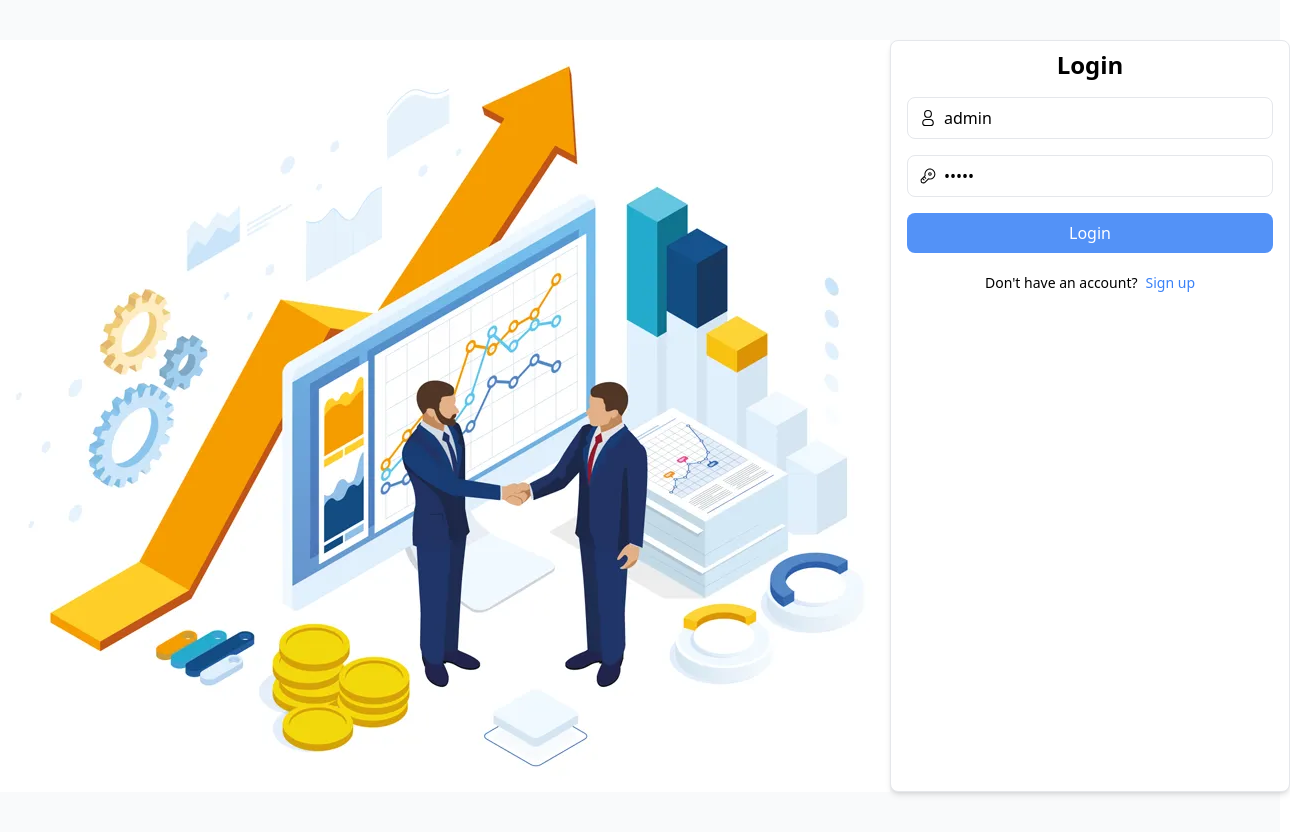
Repository: Fortivera/yourestate
Page: /
The author's editor kept a copy of each file at every save. The page is drawn from the files as they stood at one save, then again after a run of saves.
The browser window is 1280 px wide. The page is 1290 px wide, then 1280 px, so the pictures cover 1290 px, including what lies to the right of the window. The pictures show the whole page.
The project was rebuilt for these pictures with package versions that can differ from the ones it lists, and the page was loaded fresh each time. The framework's server and built-in components were replaced by stand-ins that run in the browser. Also part of the build but not shown: next.config.js.

Above is the page before, as saved 2023-11-02 14:36:25.

### src/app/layout.tsx
import './globals.css'



export const metadata = {
  title: 'Home',
  description: "great explanation of something",
}

export default function RootLayout({ children }: { children: React.ReactNode }) {
  return (
    <html lang="en">
      <body>
        {children}
      </body>
    </html>
  );
}

### src/app/page.tsx
import Link from "next/link"
import Image from "next/image"
import SvgNewUser from "public/static/SvgNewUser"
import SvgPassword from "public/static/SvgPassword"

export default function Login() {
  return (
    <div className="min-h-screen bg-gray-50 flex items-center justify-center">
      <div className="flex justify-center items-center w-full px-4 py-10 tablet:w-[540px] ">
        <div className="flex laptop:flex-row tablet:flex-col mobile:flex-col">
          <figure className="w-[900px]  ">
            <Image src="/static/growth.jpg" alt="login page picture" layout="responsive" width={500} height={700} className={""} />
          </figure>
          <div className="w-[400px] px-4 pb-8 pt-2 bg-white border rounded-lg shadow-md">
            <h1 className="text-2xl font-semibold text-center mb-4">Login</h1>

            <div className="mb-4 relative">
              <label className="text-sm" htmlFor="Name">
                <SvgNewUser width={18} height={18} className={"absolute left-3 top-3"} />
              </label>
              <input defaultValue="admin" id="Name" type="text" name="Name" placeholder="Username" autoComplete="given-name" required className="block w-full border rounded-lg py-2 pl-9 mt-1 focus:ring focus:ring-blue-300" />
            </div>

            <div className="mb-4 relative">
              <label className="text-sm" htmlFor="Password">
                <SvgPassword width={18} height={18} className={"absolute left-3 top-3"} />
              </label>
              <input defaultValue="admin" id="Password" type="password" name="Password" placeholder="Password" required className="block w-full border rounded-lg py-2 pl-9 mt-1 focus:ring focus:ring-blue-300" />
            </div>

            <button type="button" aria-label="Sign-in button" className="bg-[#5392f7] text-white rounded-lg w-full py-2 mb-4 hover:bg-[#3b83f6]">
              <Link href="/dashboard">Login</Link>
            </button>
            <div className="flex text-sm justify-center">
              <div className="p-1">Don't have an account?</div>
              <Link href="/user" className="text-blue-500 hover:underline p-1">
                Sign up
              </Link>
            </div>
          </div>
        </div>
      </div>
    </div>
  )
}

### src/app/globals.css

@import url('https://fonts.googleapis.com/css2?family=Lora:ital,wght@0,400;0,500;0,600;1,400;1,500;1,600&family=Montserrat:ital,wght@0,300;0,400;0,500;0,600;1,300;1,400;1,500;1,600&family=Poppins:ital,wght@0,300;0,400;0,500;0,600;0,700;0,800;0,900;1,300;1,400;1,500;1,600;1,700;1,800;1,900&family=Noto+Sans:ital,wght@0,300;0,400;0,500;0,600;0,700;0,800;0,900;1,300;1,400;1,500;1,600;1,700;1,800;1,900&display=swap');

@tailwind base;
@tailwind components;
@tailwind utilities;

.navbarDark{
  background-color:rgb(45 48 56 );
  color: #ddd;
}
.navbarLight {
  background-color: rgb(59 130 246 / 0.5);
  color: black;
}
.propertyListLight {
  background-color: rgb(249 250 251);
  color: black;
  border-color: rgb(229 231 235);
  }
.propertyListDark {
  background-color:rgb(45 48 56 / 0.95);
  color: #ddd;

}
.searchbarLight {
  background-color: rgb(248 250 252);
  color: black;

}
.searchbarDark {
  background-color:rgb(100 116 139 / 0.6);
  color: #ddd;
}
.propertyLight {
  background-color: rgb(249 250 251);
  color: black;

}
.propertyDark {
  background-color:rgb(45 48 56 / 0.95);
  color: #ddd;
}

### public/static/SvgNewUser.tsx
import * as React from "react"
import { SVGProps } from "react"
const SvgNewUser = (props: SVGProps<SVGSVGElement>) => (
  <svg
    xmlns="http://www.w3.org/2000/svg"
    width={800}
    height={800}
    fill="none"
    viewBox="0 0 24 24"
    {...props}
  >
    <g fill="#000" fillRule="evenodd" clipRule="evenodd">
      <path d="M12 2.75a3.75 3.75 0 1 0 0 7.5 3.75 3.75 0 0 0 0-7.5ZM6.75 6.5a5.25 5.25 0 1 1 10.5 0 5.25 5.25 0 0 1-10.5 0ZM4.25 18.571a5.321 5.321 0 0 1 5.321-5.321h4.858a5.321 5.321 0 0 1 5.321 5.321 4.179 4.179 0 0 1-4.179 4.179H8.43a4.179 4.179 0 0 1-4.179-4.179Zm5.321-3.821a3.821 3.821 0 0 0-3.821 3.821c0 1.48 1.2 2.679 2.679 2.679h7.142c1.48 0 2.679-1.2 2.679-2.679 0-2.11-1.71-3.821-3.821-3.821H9.57Z" />
    </g>
  </svg>
)
export default SvgNewUser

### public/static/SvgPassword.tsx
import * as React from "react"
import { SVGProps } from "react"
const SvgPassword = (props: SVGProps<SVGSVGElement>) => (
    <svg
        xmlns="http://www.w3.org/2000/svg"
        width={800}
        height={800}
        fill="none"
        viewBox="0 0 24 24"
        {...props}
    >
        <g fill="#000" fillRule="evenodd" clipRule="evenodd">
            <path d="M4.51 14.999a.689.689 0 0 1 .975 0l1.75 1.749a.689.689 0 0 1-.975.974l-1.75-1.75a.689.689 0 0 1 0-.973ZM6.698 12.812a.689.689 0 0 1 .974 0l1.749 1.75a.689.689 0 0 1-.974.974l-1.75-1.75a.689.689 0 0 1 0-.974Z" />
            <path d="M18.752 5.232c-2.32-2.313-6.075-2.312-8.386 0h-.001c-1.612 1.604-2.1 3.915-1.472 5.958.075.243.009.509-.172.69L3.74 16.86a.975.975 0 0 0-.184.341.912.912 0 0 0-.055.38l.001.006.262 1.901a.912.912 0 0 0 .262.474.857.857 0 0 0 .462.256l1.913.263c.08.012.223.003.385-.05a.838.838 0 0 0 .324-.177l.008-.007 4.995-4.986a.688.688 0 0 1 .692-.17c2.028.634 4.34.14 5.956-1.466a5.94 5.94 0 0 0-.009-8.393Zm-9.36-.975c2.85-2.85 7.475-2.848 10.332 0 2.86 2.849 2.86 7.493.01 10.342l-.001.002A7.316 7.316 0 0 1 12.8 16.52l-4.707 4.698a2.19 2.19 0 0 1-.883.523c-.309.1-.668.152-1.006.104h-.003L4.3 21.582c-.491-.069-.928-.326-1.25-.65a2.279 2.279 0 0 1-.649-1.24l-.001-.01-.262-1.902v-.003a2.26 2.26 0 0 1 .111-1.012c.102-.305.27-.625.505-.868l.007-.007 4.703-4.702c-.591-2.404.043-5.056 1.928-6.932Z" />
            <path d="M14.62 8.302a1.06 1.06 0 1 0 0 2.121 1.06 1.06 0 0 0 0-2.121Zm-2.438 1.06a2.438 2.438 0 1 1 4.876 0 2.438 2.438 0 0 1-4.877 0Z" />
        </g>
    </svg>
)
export default SvgPassword

### tailwind.config.js
/* eslint-disable prettier/prettier */
/** @type {import('tailwindcss').Config} */
module.exports = {
  content: [
    "./app/**/*.{js,ts,jsx,tsx}",
    "./pages/**/*.{js,ts,jsx,tsx}",
    "./components/**/*.{js,ts,jsx,tsx}",

    // Or if using `src` directory:
    "./src/**/*.{js,ts,jsx,tsx}",
  ],
  theme: {
    extend: {
      fontFamily: {
        Poppins: ["Poppins", "sans-serif"],
        Montserrat: ["Montserrat", "sans-serif"],
        Lora: ["Lora", "sans-serif"],
        Noto: ["Noto Sans", "sans-serif"],
      },
      screens: {
        'mobile': "320px",
        'tablet': "481px",
        'laptop': "769px",
       ' desktop': "1025px",
      },


    },
    plugins: [],
  },
}

After the next 2 saves:
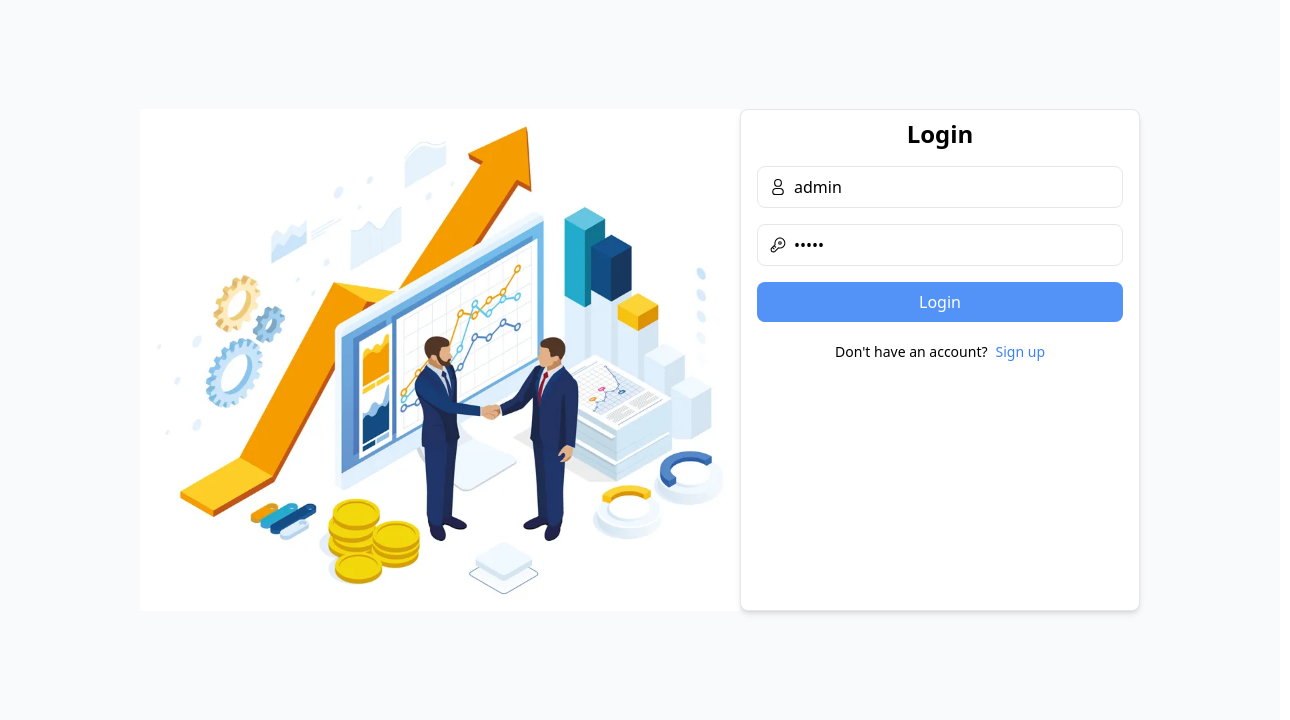
The 2 saves are shown as one change because they came seconds apart.
The last was saved 10 s later.
--- a/src/app/page.tsx
+++ b/src/app/page.tsx
@@ -8,7 +8,7 @@ export default function Login() {
     <div className="min-h-screen bg-gray-50 flex items-center justify-center">
       <div className="flex justify-center items-center w-full px-4 py-10 tablet:w-[540px] ">
         <div className="flex laptop:flex-row tablet:flex-col mobile:flex-col">
-          <figure className="w-[900px]  ">
+          <figure className="w-[600px]  ">
             <Image src="/static/growth.jpg" alt="login page picture" layout="responsive" width={500} height={700} className={""} />
           </figure>
           <div className="w-[400px] px-4 pb-8 pt-2 bg-white border rounded-lg shadow-md">
